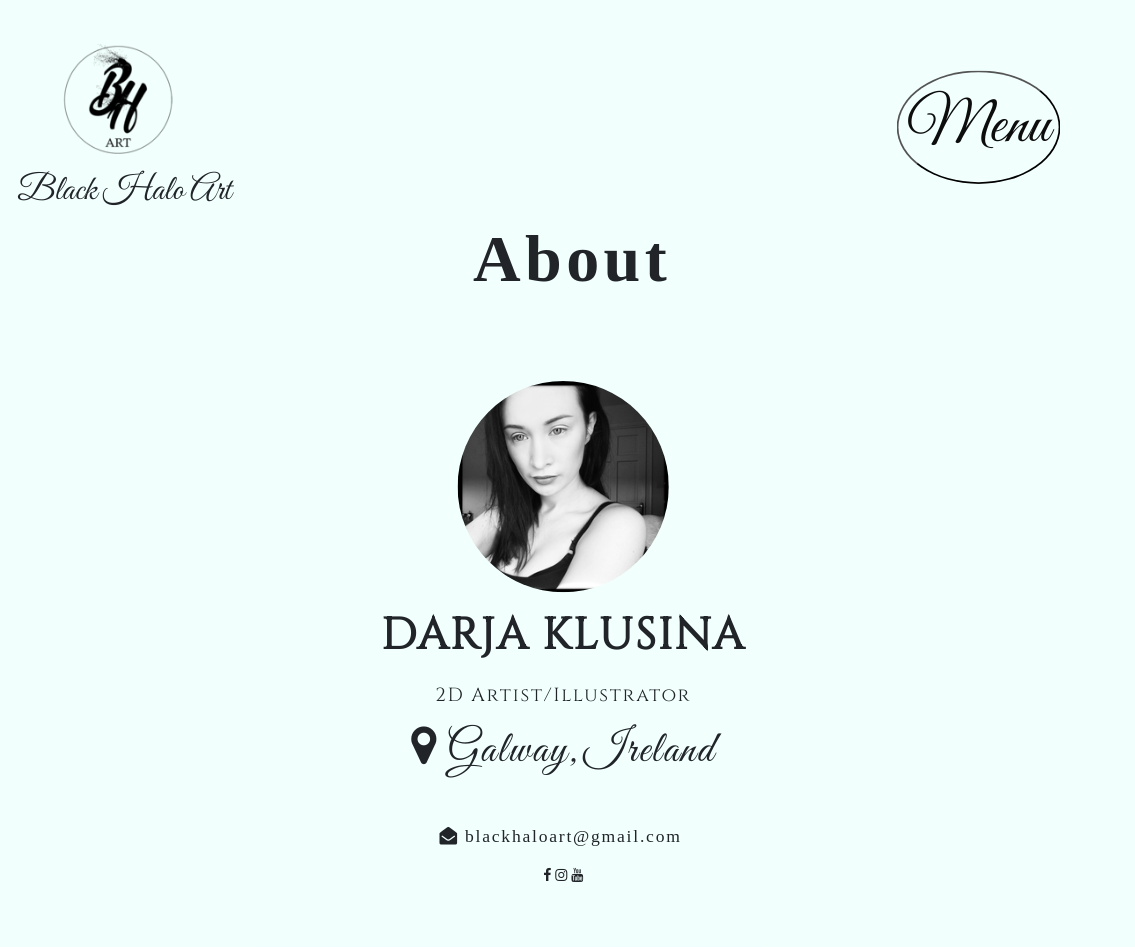
Repository: Cosy-Chaos/project-time
Page: about.html
The author's editor kept a record of every edit. The page is drawn from the files as they stood at one moment, then again after the next edit.
The browser window is 1280 px wide. The page is 1290 px wide, so the pictures cover 1290 px, including what lies to the right of the window. The pictures show the whole page, at 88% of full size.

Above is the page before.

After the next edit:
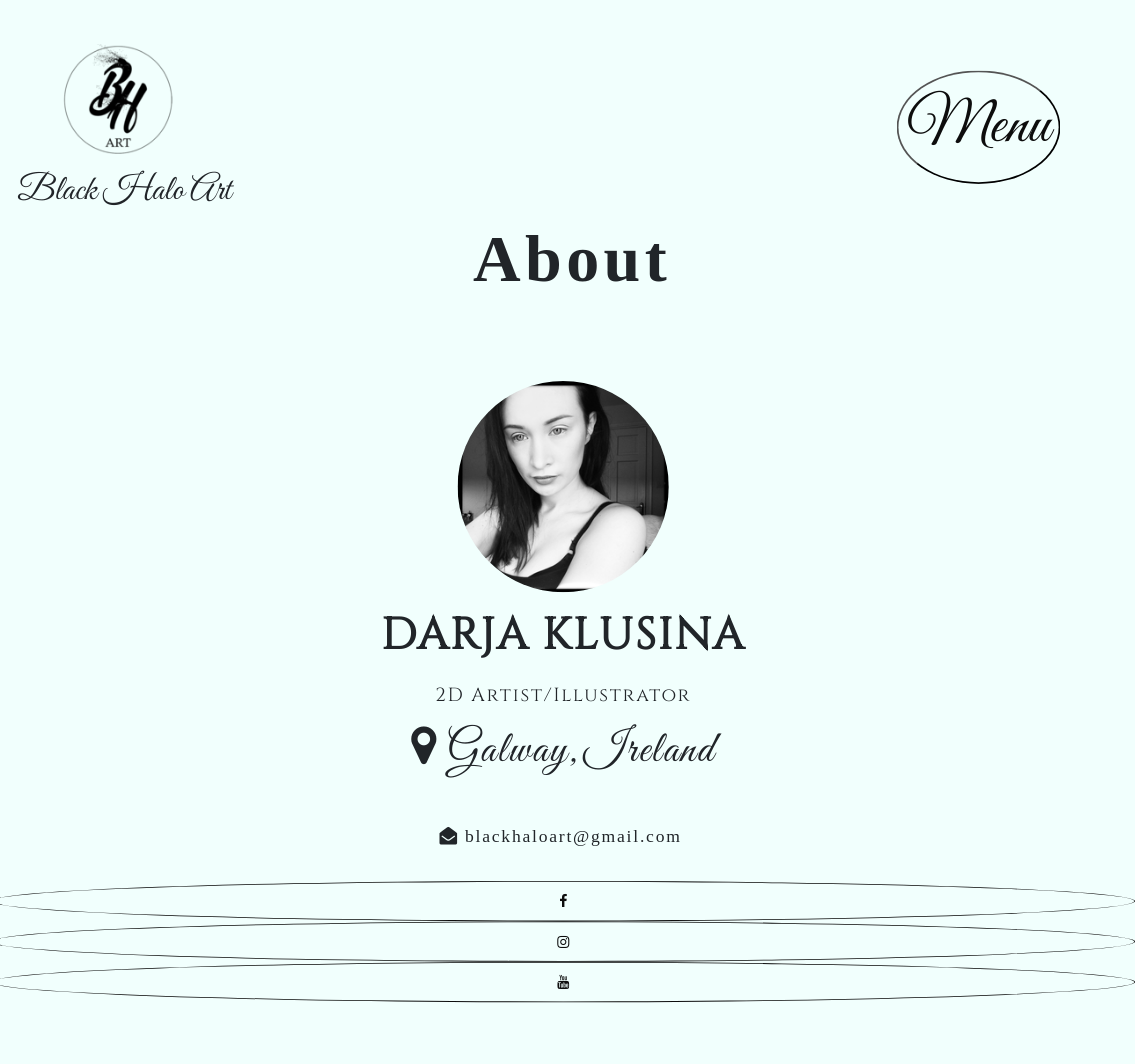
The edit:
--- a/assets/style_about.css
+++ b/assets/style_about.css
@@ -210,3 +210,21 @@
     text-rendering: auto;
     line-height: 1;
 }
+
+.about-social {
+    margin-top: 1.625rem;
+}
+
+
+.about-social a {
+    color: #0d0d0d;
+    border-radius: 50%;
+    border: 1px solid #0d0d0d;
+    padding: 10px;
+    display: block;
+}
+
+.about-social a:hover {
+    transition: .20s ease-in-out;
+    text-shadow: 2px 2px 5px #191970;
+}
